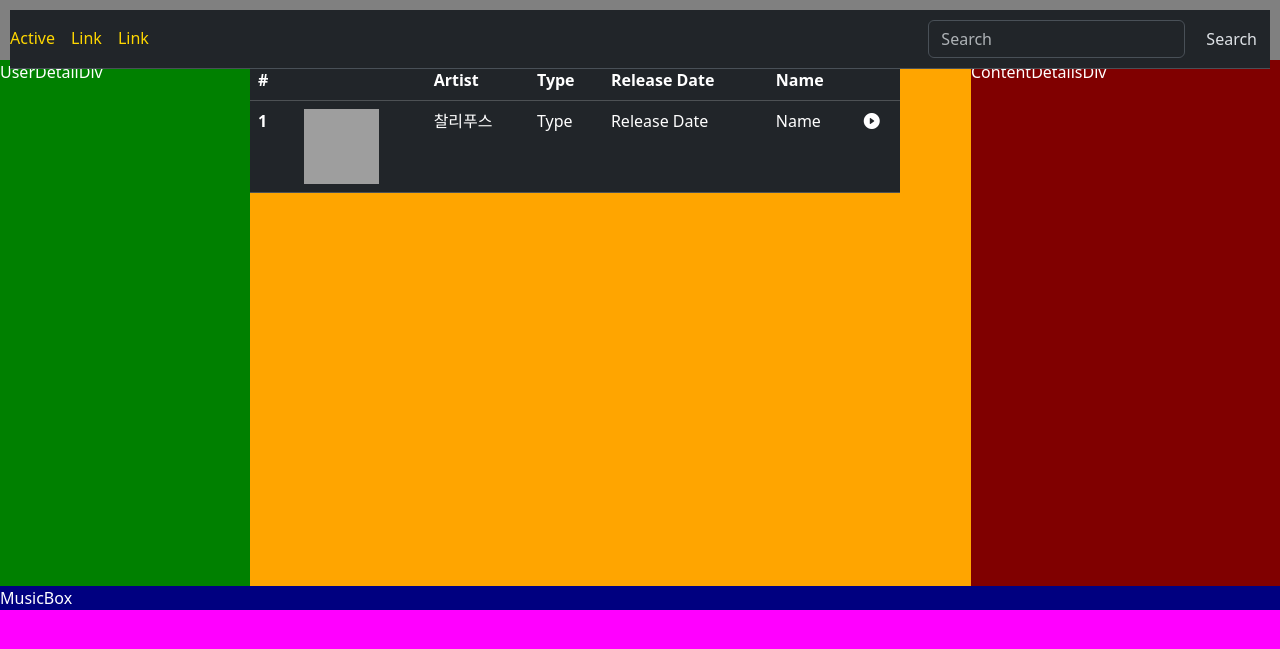
Repository: budflower44/My_Music_Life
Page: http://localhost/my_music_life/WEB-INF/views/mml/main.jsp
The author's editor kept a copy of each file at every save. The page is drawn from the files as they stood at one save, then again after the next save.
The browser window is 1280 px wide. The pictures show the whole page.
Pictures or frames that could not be fetched are drawn as grey boxes. The page is served by Tomcat 9. Nobody is signed in. Other server files are loaded and not shown. The template is opened directly, without the code that normally fills it, so the values that code supplies are empty.

Above is the page before, as saved 2024-02-15 05:22:20.
Console error: TypeError: Cannot read properties of null (reading 'addEventListener')

### my_music_life/src/main/webapp/WEB-INF/views/mml/main.jsp
<%@ page language="java" contentType="text/html; charset=UTF-8"
    pageEncoding="UTF-8"%>
<!DOCTYPE html>
<html>
<head>
<meta charset="UTF-8">
<title>Insert title here</title>
</head>
<link rel="stylesheet" href="https://cdn.jsdelivr.net/npm/bootstrap-icons@1.10.5/font/bootstrap-icons.css">
<link href="https://cdn.jsdelivr.net/npm/bootstrap@5.3.1/dist/css/bootstrap.min.css" rel="stylesheet" integrity="sha384-4bw+/aepP/YC94hEpVNVgiZdgIC5+VKNBQNGCHeKRQN+PtmoHDEXuppvnDJzQIu9" crossorigin="anonymous">
<script src="https://cdn.jsdelivr.net/npm/@popperjs/core@2.11.8/dist/umd/popper.min.js" integrity="sha384-I7E8VVD/ismYTF4hNIPjVp/Zjvgyol6VFvRkX/vR+Vc4jQkC+hVqc2pM8ODewa9r" crossorigin="anonymous"></script>
<script src="https://cdn.jsdelivr.net/npm/bootstrap@5.3.1/dist/js/bootstrap.min.js" integrity="sha384-Rx+T1VzGupg4BHQYs2gCW9It+akI2MM/mndMCy36UVfodzcJcF0GGLxZIzObiEfa" crossorigin="anonymous"></script>
<style>
body{
	background-color : black;
	color: white;
	padding: 0;
	margin: 0;
}
.parentsDiv{
	height: 100vh;
	width: 100vw;
	display: flex;
	flex-direction: column;
}
.HeaderDiv{
	background-color: aqua;
	height: 60px;
}
.MidDiv{
	background-color: blue;
	height: calc(100vh - 214px);
	min-height: calc(100vh - 194px);
	display:flex;
}
.FooterDiv{
	background-color: fuchsia;
	height: 154px;
	padding: 0;
	margin: 0;
	position:sticky;
	top: calc(100vh - 214px);
}
.SearchLineDiv{
	background-color: gray;

}
.UserDetailDiv{
	background-color: green;
	width: 250px;
	min-width: 250px;
}
.ContentsDiv{
	background-color: orange;
	width: 100%;
	height:calc(100vw-550px);
	display: flex;
	justify-content: space-between;
	overflow: scroll;
}
.ContentDiv{
	background-color: lime;
	width: 70%;
	height: calc(100vw-550px);
	overflow: scroll;
	align-items: flex-start;
}
.ContentDetailsDiv{
	background-color: maroon;
	width: 30%;
	min-width: 300px;
	height: 100%
}
.MusicBox{
	background-color: navy;
	padding: 0;
	margin: 0;

}
.searchDiv{
	background-color: black;
	width: 650px;
	height: 75px;
}
.searchDiv img{
	margin-left: 10px;
}
.searchDiv span{
	text-align: center;
}
.playIcon {
	display: inline;
}

.navDiv{
	position:sticky;
	padding: 10px;
}
.nav-link{
	color: gold;
}
.nav-link:hover {
	color: white;
}
</style>
<body>
<div class="parentsDiv">
	<div class="HeaderDiv">
		<div class="SearchLineDiv">
				<div class="navDiv">
					<nav class="navbar bg-dark border-bottom border-body" data-bs-theme="dark">
						<ul class="nav nav-underline justify-content-end">
							<li class="nav-item"><a class="nav-link" aria-current="page" href="#">Active</a></li>
							<li class="nav-item"><a class="nav-link" href="#">Link</a></li>
							<li class="nav-item"><a class="nav-link" href="#">Link</a></li>
						</ul>
						<form class="d-flex" role="search">
        					<input class="form-control me-2 " id="searchKeyword" type="search" placeholder="Search" aria-label="Search">
        					<button class="btn" type="button" id="searchBtn">Search</button>
      					</form>
					</nav>
				</div>
				<input type="text" id="searchKeyword"><button type="button" id="searchBtn">Search</button>
		</div>
	</div>
	<div class="MidDiv">
		<div class="UserDetailDiv">UserDetailDiv</div>
		<div class="ContentsDiv">
			<div class="contentDiv">
				<div class="searchDiv 1" id="MusicBox">
				<table class="table table-dark table-hover">
					<tr>
						<th>#<th>
						<th>Artist</th>
						<th>Type</th>
						<th>Release Date</th>
						<th>Name</th>
						<th></th>
					</tr>
					<tr>
						<th>1<th>
						<img alt="" src="https://i.scdn.co/image/ab67616d0000b273a3b39c1651a617bb09800fd8" style="height:75px; width:75px; display:inline;">
						<td>찰리푸스</td>
						<td>Type</td>
						<td>Release Date</td>
						<td>Name</td>
						<td><i class="bi bi-play-circle-fill"></i></th>
					</tr>
<!--
					<span>artistName : </span>
					<span>type</span>
					<span>release Date : </span>
					<span>name : </span>
					<div class="playIcon ">

					</div> -->
				</table>
				</div>
			</div>
			<div class="ContentDetailsDiv">ContentDetailsDiv</div>
		</div>
	</div>
	<div class="FooterDiv">
		<div class="MusicBox" >MusicBox</div>
	</div>
	<div></div>
</div>

<script src="/resources/js/spotifyAPI.js"></script>

</body>
</html>

Loaded but not shown: my_music_life/src/main/webapp/resources/js/spotifyAPI.js (910 lines, source omitted)

After the next save:
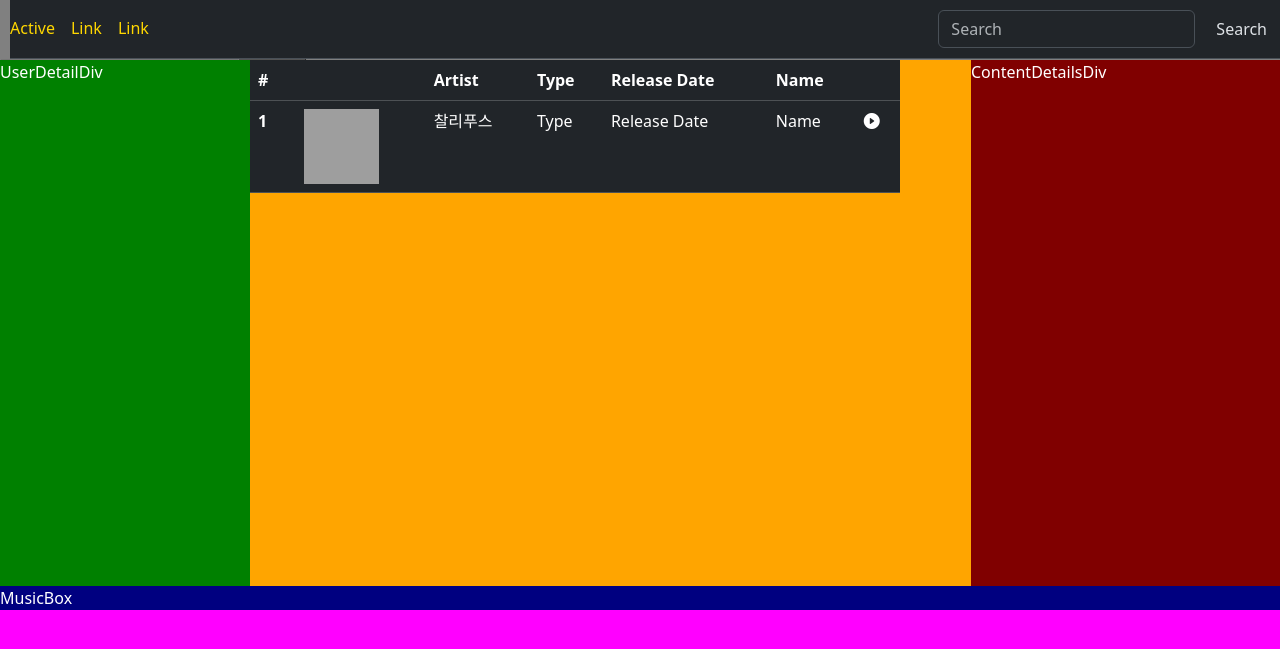
Saved 14 s later.
--- a/my_music_life/src/main/webapp/WEB-INF/views/mml/main.jsp
+++ b/my_music_life/src/main/webapp/WEB-INF/views/mml/main.jsp
@@ -94,7 +94,7 @@ body{
 
 .navDiv{
 	position:sticky;
-	padding: 10px;
+	padding-left: 10px;
 }
 .nav-link{
 	color: gold;
